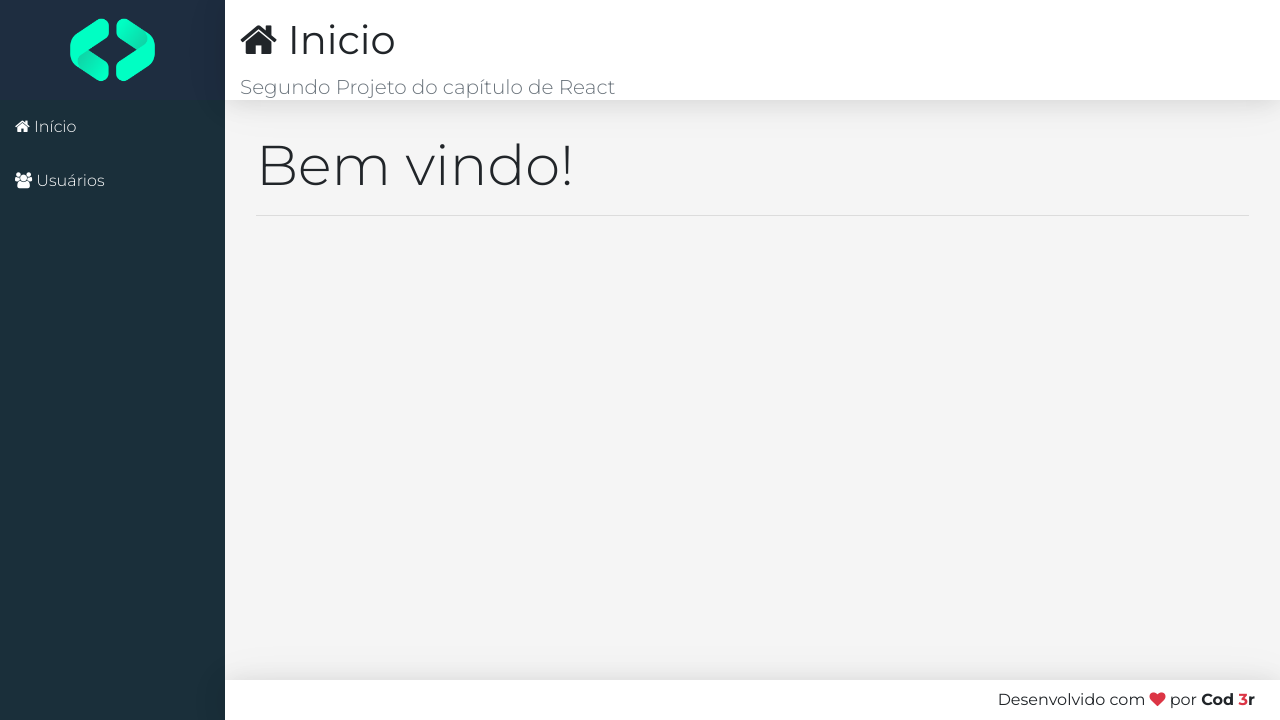
Repository: eversonps/projeto-cadastro-usuarios-firebase
Page: /users (app in frontend/)
An editor plug-in stored every save of this project. The page is shown before and after the next save, followed by the edit.
The browser window is 1280 px wide. The pictures show the whole page.
The project was rebuilt for these pictures with package versions that can differ from the ones it lists, and the page was loaded fresh each time.

Above is the page before, as saved 2022-03-22 13:38:30.

After the next save:
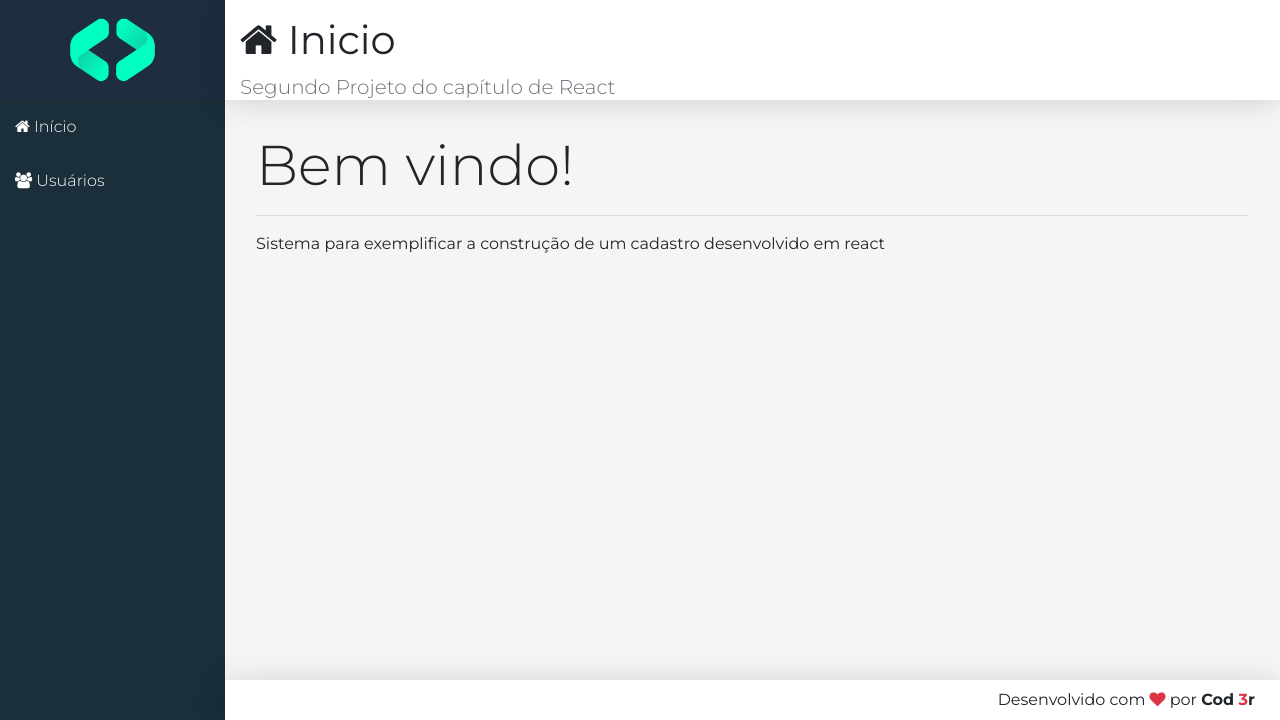
Saved 41 s later.
--- a/frontend/src/main/app.jsx
+++ b/frontend/src/main/app.jsx
@@ -19,7 +19,7 @@ export default props => {
                 Bem vindo!
             </div>
             <hr />
-            <p className="mb-0"></p>
+            <p className="mb-0">Sistema para exemplificar a construção de um cadastro desenvolvido em react</p>
         </Main>
         <Footer></Footer>
     </div>
